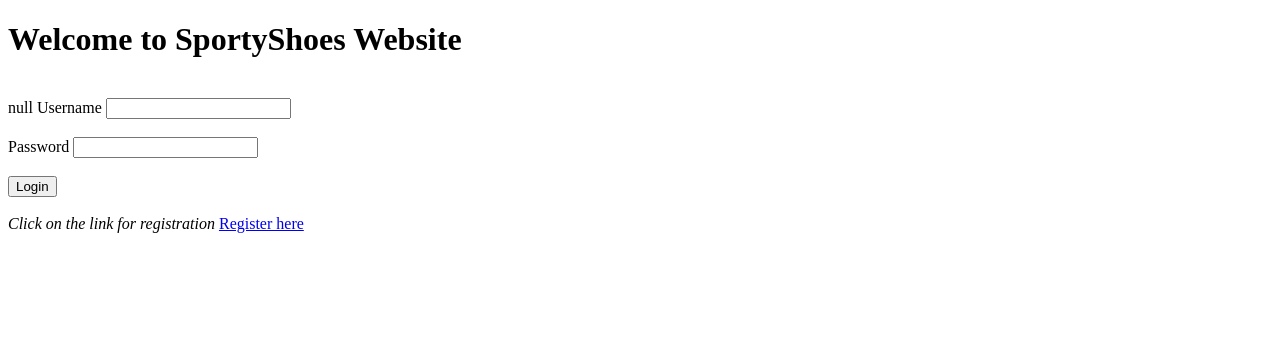
Repository: SwatiJajoriya/JPAForeignKey
Page: http://localhost/SportyShoes/userlogin.jsp
These files come from the project's save history. The page is drawn as it stood at one moment and after the next save; the edit follows.
The browser window is 1280 px wide. The pictures show the whole page.
The page is served by Tomcat 9. Other server files are loaded and not shown.

Above is the page before, as saved 2023-01-29 11:41:18.

### SportyShoes/src/main/webapp/userlogin.jsp
<%@ page language="java" contentType="text/html; charset=ISO-8859-1"
    pageEncoding="ISO-8859-1"%>
    <%@page import="com.ecommerce.demo.POJO.*" %>
<!DOCTYPE html>
<html>
<head>
<meta charset="ISO-8859-1">
<title>Insert title here</title>
</head>
<body>


<h1>Welcome to SportyShoes Website</h1>
<br>

<form action="userlogin">
<%=request.getAttribute("msg")%>

Username <input type="text" name="username"><br><br>

Password <input type="password" name="password"><br><br>

<input type="submit" value="Login">
<br><br>
<i>Click on the link for registration</i>
<a href="registeruser.jsp">Register here </a>
</form>
</body>
</html>

After the next save:
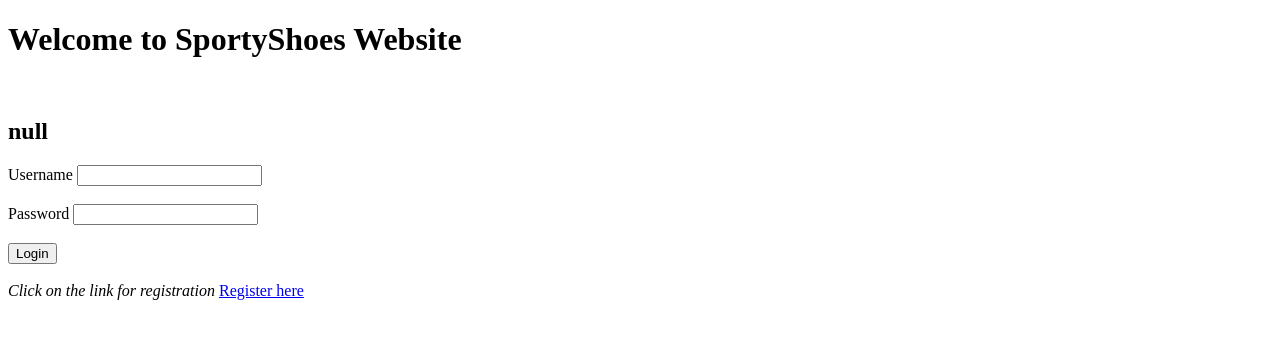
Saved 36 s later.
--- a/SportyShoes/src/main/webapp/userlogin.jsp
+++ b/SportyShoes/src/main/webapp/userlogin.jsp
@@ -12,9 +12,10 @@
 
 <h1>Welcome to SportyShoes Website</h1>
 <br>
+<h2><%=request.getAttribute("msg")%></h2>
 
 <form action="userlogin">
-<%=request.getAttribute("msg")%>
+
 
 Username <input type="text" name="username"><br><br>
 
